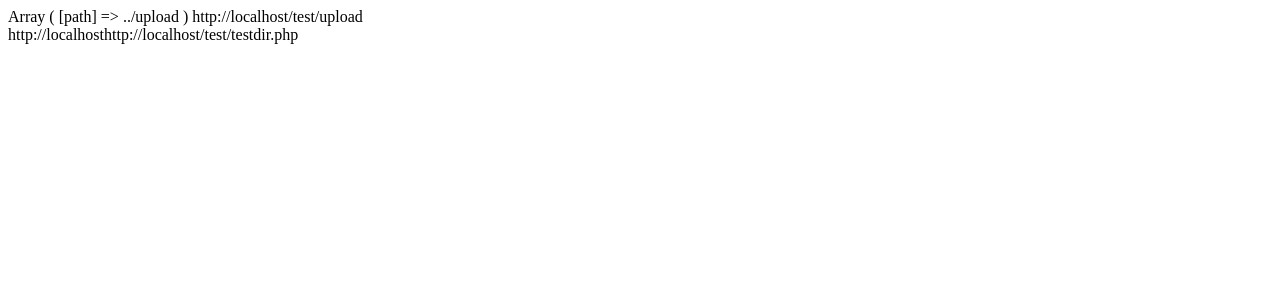
Repository: SolarHalo/dbe
Page: http://localhost/test/testdir.php
An editor plug-in stored every save of this project. The page is shown before and after the next save, followed by the edit.
The browser window is 1280 px wide. The pictures show the whole page.
The page is run by PHP 8.4 with error messages shown; the project is at /var/www/html/.

Above is the page before, as saved 2013-03-22 03:41:03.

### test/test/testdir.php
<?php
//echo "http://".$_SERVER ['HTTP_HOST'];
//echo $_SERVER["DOCUMENT_ROOT"];
//
//$newPath = explode(":", $_SERVER["DOCUMENT_ROOT"]);
//echo "<br/>".$newPath[1];


function format_url($srcurl, $baseurl) {
  $srcinfo = parse_url($srcurl);
  print_r($srcinfo);
  if(isset($srcinfo['scheme'])) {
    return $srcurl;
  }
  $baseinfo = parse_url($baseurl);
  $url = $baseinfo['scheme'].'://'.$baseinfo['host'];
  if(substr($srcinfo['path'], 0, 1) == '/') {
    $path = $srcinfo['path'];
  }else{
    $path = dirname($baseinfo['path']).'/'.$srcinfo['path'];
  }
  $rst = array();
  $path_array = explode('/', $path);
  if(!$path_array[0]) {
    $rst[] = '';
  }
  foreach ($path_array AS $key => $dir) {
    if ($dir == '..') {
      if (end($rst) == '..') {
        $rst[] = '..';
      }elseif(!array_pop($rst)) {
        $rst[] = '..';
      }
    }elseif($dir && $dir != '.') {
      $rst[] = $dir;
    }
   }
  if(!end($path_array)) {
    $rst[] = '';
  }
  $url .= implode('/', $rst);
  return str_replace('\\', '/', $url);
}

$srcurl = '../upload';
$baseurl = 'http://localhost/test/test/testdir.php';
echo format_url($srcurl, $baseurl);
echo "<br/>http://".$_SERVER ['HTTP_HOST'];
$url_this =  "http://".$_SERVER ['HTTP_HOST'].$_SERVER['PHP_SELF'];
echo $url_this;
?>

After the next save:
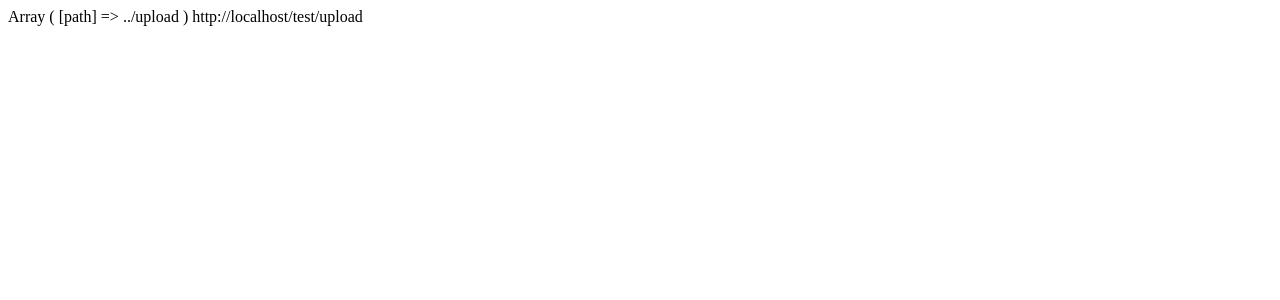
Saved 6 s later.
--- a/test/test/testdir.php
+++ b/test/test/testdir.php
@@ -45,7 +45,7 @@ function format_url($srcurl, $baseurl) {
 $srcurl = '../upload';
 $baseurl = 'http://localhost/test/test/testdir.php';
 echo format_url($srcurl, $baseurl);
-echo "<br/>http://".$_SERVER ['HTTP_HOST'];
-$url_this =  "http://".$_SERVER ['HTTP_HOST'].$_SERVER['PHP_SELF'];
-echo $url_this;
+//echo "<br/>http://".$_SERVER ['HTTP_HOST'];
+//$url_this =  "http://".$_SERVER ['HTTP_HOST'].$_SERVER['PHP_SELF'];
+//echo $url_this;
 ?>
